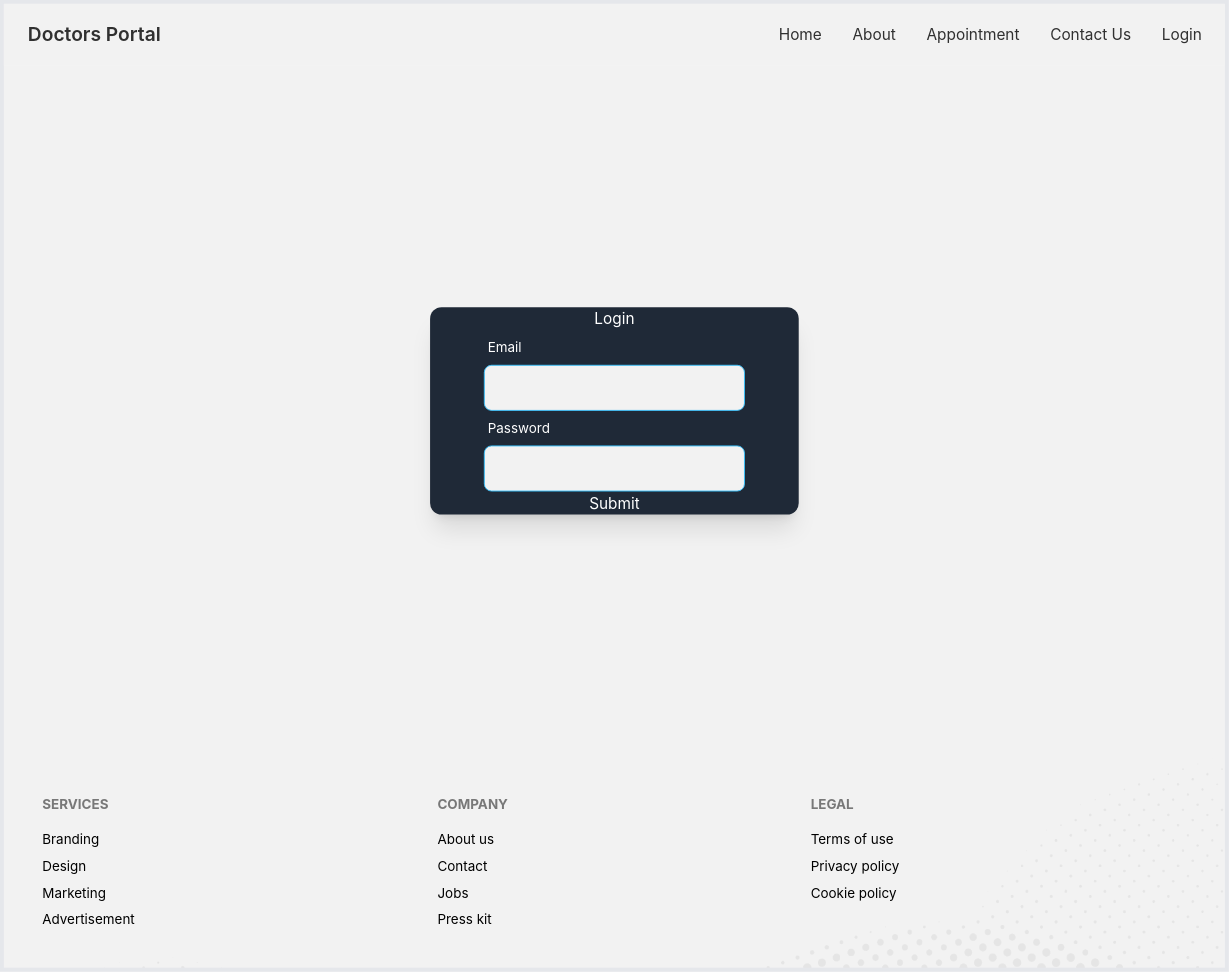
Repository: Samad77/Doctorportal-Client
Page: /login
The author's editor kept a copy of each file at every save. The page is drawn from the files as they stood at one save, then again after the next save.
The browser window is 1280 px wide. The pictures show the whole page, at 96% of full size.
The project was rebuilt for these pictures with package versions that can differ from the ones it lists, and the page was loaded fresh each time. Also part of the build but not shown: src/Pages/Appointment/BookingModal/BookingModal.js, src/Pages/Appointment/AppoinmentCard/AppoinmentCard.js, src/Pages/Appointment/AppointmentBanner/AppointmentBanner.js, src/Pages/Appointment/AvailavleAppoinment/AvailableAppoinment.js, src/Pages/Appointment/Appoinment/Appoinment.js, src/Components/PrimaryButton/PrimaryButton.js, src/Pages/Home/Banner/Banner.js, src/Pages/Home/Cards/Cards.js and 5 more.

Above is the page before, as saved 2022-11-15 11:23:46.

### src/index.js
import React from 'react';
import ReactDOM from 'react-dom/client';
import './index.css';
import App from './App';
import reportWebVitals from './reportWebVitals';
import 'react-day-picker/dist/style.css';
const root = ReactDOM.createRoot(document.getElementById('root'));
root.render(
  <React.StrictMode>
    <App />
  </React.StrictMode>
);

// If you want to start measuring performance in your app, pass a function
// to log results (for example: reportWebVitals(console.log))
// or send to an analytics endpoint. Learn more: https://bit.ly/CRA-vitals
reportWebVitals();

### src/App.js
import logo from './logo.svg';
import './App.css';
import {RouterProvider} from 'react-router-dom'
import router from './Layout/Routes/Routes';
import Cards from './Pages/Home/Cards/Cards';
function App() {
  return (
    <div className="App max-w-[1440px] mx-auto border-4">
      <RouterProvider router={router}>

      </RouterProvider>
    </div>
  );
}

export default App;

### src/Layout/Routes/Routes.js
import { createBrowserRouter } from "react-router-dom";
import Appoinment from "../../Pages/Appointment/Appoinment/Appoinment";
import Home from "../../Pages/Home/Home";
import Login from "../../Pages/Login/Login";
import Main from "../Main/Main";

const router = createBrowserRouter([
    {path : "/",
    element : <Main></Main>,
    children : [
        {path : '/', element : <Home></Home>,},
        {path: '/home', element : <Home></Home>},
        {path: '/login', element : <Login></Login>},
        {path : '/appointment', element: <Appoinment></Appoinment>}
    ]
    }
])

export default router;

### src/Pages/Login/Login.js
import React, { useState } from 'react';
import { useForm } from 'react-hook-form';

const Login = () => {
    const { register, handleSubmit } = useForm();
    const [data, setData] = useState("");

    return (
        <section className='h-screen flex justify-center items-center  '>

            <form onSubmit={handleSubmit((data) => setData(JSON.stringify(data)))} className=" rounded-xl shadow-xl bg-gray-800 text-white w-96 px-14">
                <h1 className=''>Login</h1>
                <div className="form-control">
                    <label className="label ">
                        <span className="label-text text-white">Email</span>
                    </label>
                    <input type="text" {...register("Email")} className="input input-bordered- w-full max-w-xs input-info "/>
                </div>

                <div className="form-control">
                    <label className="label">
                        <span className="label-text text-white">Password</span>
                    </label>
                    <input type="text" {...register("Email")} className="input input-bordered- w-full max-w-xs input-info "/>
                </div>
                {/* <select {...register("category", { required: true })}>
                    <option value="">Select...</option>
                    <option value="A">Option A</option>
                    <option value="B">Option B</option>
                </select> */}
                {/* <textarea {...register("aboutYou")} placeholder="About you" /> */}
                <p>{data}</p>
                <input type="submit" />
            </form>
        </section>
    );
};

export default Login;

### src/Layout/Main/Main.js
import React from 'react';
import Footer from '../../Pages/Shared/Footer/Footer';
import Navbar from '../../Pages/Shared/Navbar/Navbar';
import {Outlet} from 'react-router-dom'
const Main = () => {
    return (
        <div>
            <Navbar></Navbar>
                <Outlet></Outlet>
            <Footer></Footer>
        </div>
    );
};

export default Main;

### src/Pages/Shared/Footer/Footer.js
import React from 'react';
import footerImg from '../../../assets/images/footer.png'
const Footer = () => {
    return (
        <footer className="footer p-10 text-black" style={{background : `url(${footerImg})`, backgroundSize: "cover"}}>
  <div>
    <span className="footer-title">Services</span>
    <a className="link link-hover">Branding</a>
    <a className="link link-hover">Design</a>
    <a className="link link-hover">Marketing</a>
    <a className="link link-hover">Advertisement</a>
  </div>
  <div>
    <span className="footer-title">Company</span>
    <a className="link link-hover">About us</a>
    <a className="link link-hover">Contact</a>
    <a className="link link-hover">Jobs</a>
    <a className="link link-hover">Press kit</a>
  </div>
  <div>
    <span className="footer-title">Legal</span>
    <a className="link link-hover">Terms of use</a>
    <a className="link link-hover">Privacy policy</a>
    <a className="link link-hover">Cookie policy</a>
  </div>
</footer>
    );
};

export default Footer;

### src/Pages/Shared/Navbar/Navbar.js
import React from 'react';
import {Link} from 'react-router-dom'
const Navbar = () => {

    const menuItems =

    <React.Fragment>
        <li><Link to="/home">Home</Link></li>
        <li><Link to="/about">About</Link></li>
        <li><Link to="/appointment">Appointment</Link></li>
        <li><Link to="/contact">Contact Us</Link></li>
        <li><Link to="/login">Login</Link></li>
    </React.Fragment>

    return (
        <div className="navbar bg-base-100 flex justify-between">
  <div className="navbar-start">
    <div className="dropdown">
      <label tabIndex={0} className="btn btn-ghost lg:hidden">
        <svg xmlns="http://www.w3.org/2000/svg" className="h-5 w-5" fill="none" viewBox="0 0 24 24" stroke="currentColor"><path strokeLinecap="round" strokeLinejoin="round" strokeWidth="2" d="M4 6h16M4 12h8m-8 6h16" /></svg>
      </label>
      <ul tabIndex={0} className="menu menu-compact dropdown-content mt-3 p-2 shadow rounded-box w-52">
            {menuItems}
      </ul>
    </div>
    <Link to='/' className="btn btn-ghost normal-case text-xl">Doctors Portal</Link>
  </div>
  <div className="navbar-center hidden lg:flex">
    <ul className="menu menu-horizontal p-0">
        {menuItems}
    </ul>
  </div>

</div>
    );
};

export default Navbar;

### tailwind.config.js
/** @type {import('tailwindcss').Config} */
module.exports = {
  content: ["./src/**/*.{js,jsx,ts,tsx}"],
  theme: {
    extend: {},
  },
  daisyui : {
    themes : [

    {
      doctorThemes: {

primary: "#0FCFEC",

secondary: "#19D3AE",

neutral: "#3A4256",

"base-100": "#F2F2F2",

      },
    },
  ]
  },
  plugins: [require("daisyui")],
}

Loaded but not shown: public/index.html (common file); src/index.css (common file); src/reportWebVitals.js (common file); src/App.css (common file)

After the next save:
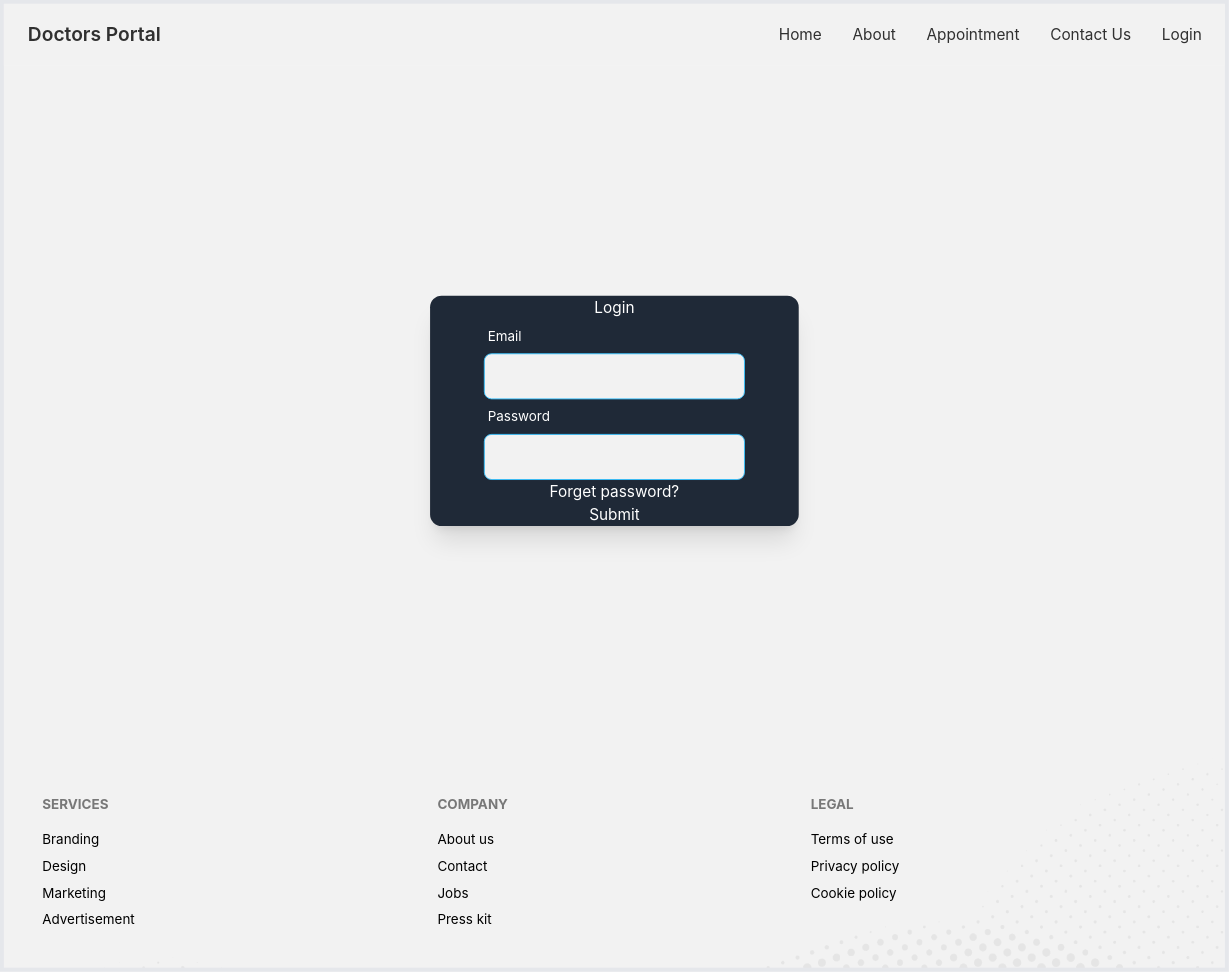
Saved 22 h 32 min later.
--- a/src/Pages/Login/Login.js
+++ b/src/Pages/Login/Login.js
@@ -23,6 +23,7 @@ const Login = () => {
                     </label>
                     <input type="text" {...register("Email")} className="input input-bordered- w-full max-w-xs input-info "/>
                 </div>
+                <button>Forget password?</button>
                 {/* <select {...register("category", { required: true })}>
                     <option value="">Select...</option>
                     <option value="A">Option A</option>
